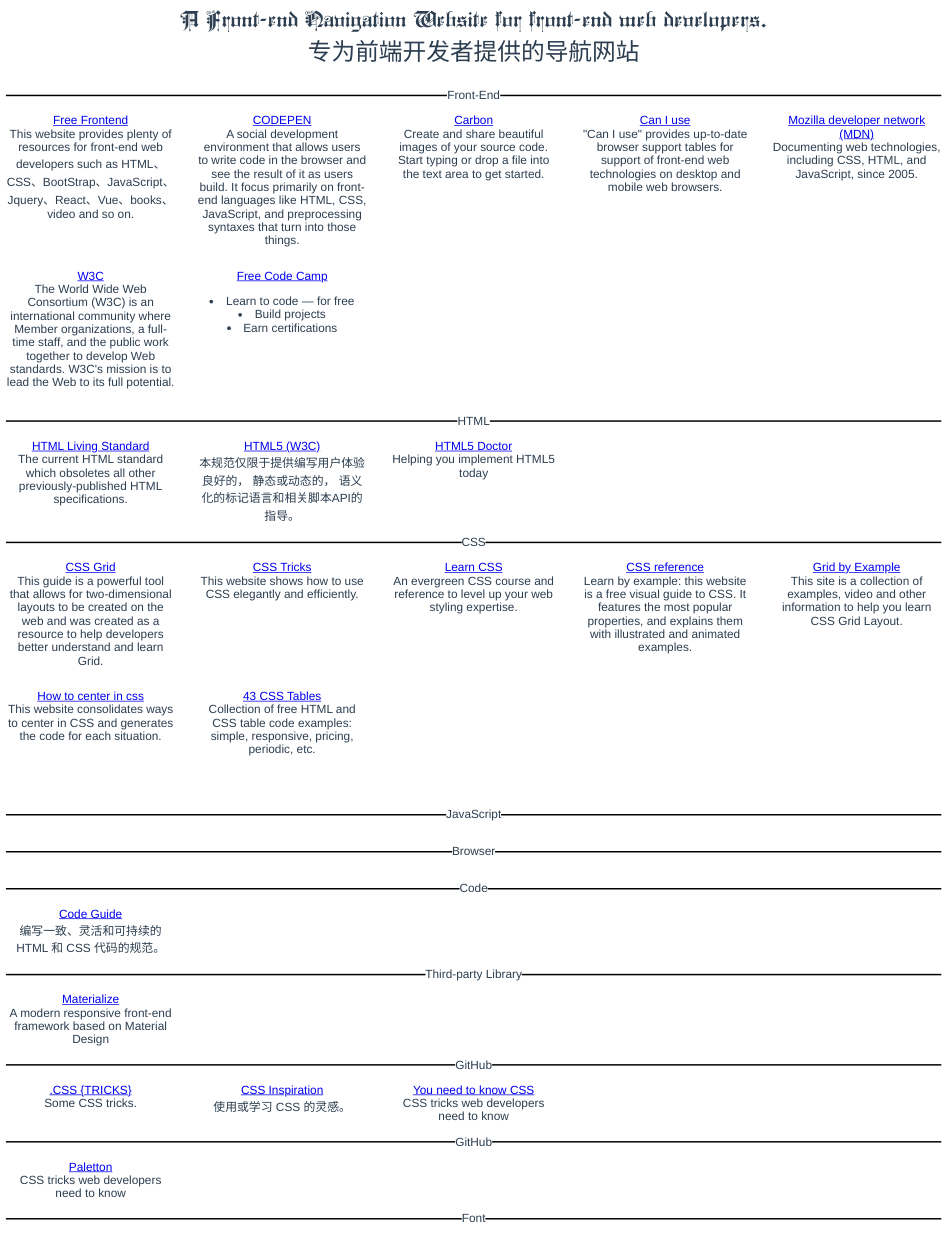
Repository: 321paranoiawhy/fenav.io
Page: /
An editor plug-in stored every save of this project. The page is shown before and after the next save, followed by the edit.
The browser window is 1280 px wide. The pictures show the whole page, at 74% of full size.
The project was rebuilt for these pictures with package versions that can differ from the ones it lists, and the page was loaded fresh each time. Also part of the build but not shown: vue.config.js.

Above is the page before, as saved 2022-04-06 01:41:21.

### src/views/HomeView.vue
<template>
    <div class="englishTitle">
        A Front-end Navigation Website for front-end web developers.
    </div>
    <div class="chineseTitle">专为前端开发者提供的导航网站</div>
    <!-- Front-End -->
    <p class="divider">Front-End</p>
    <div id="frontend" class="main">
        <div class="card">
            <a class="url" href="https://freefrontend.com/">Free Frontend</a>
            <div class="description">
                This website provides plenty of resources for front-end web
                developers such as
                HTML、CSS、BootStrap、JavaScript、Jquery、React、Vue、books、video
                and so on.
            </div>
        </div>
        <div class="card">
            <a class="url" href="https://codepen.io/trending">CODEPEN</a>
            <div class="description">
                A social development environment that allows users to write code
                in the browser and see the result of it as users build. It focus
                primarily on front-end languages like HTML, CSS, JavaScript, and
                preprocessing syntaxes that turn into those things.
            </div>
        </div>
        <div class="card">
            <a class="url" href="https://carbon.now.sh/">Carbon</a>
            <div class="description">
                Create and share beautiful images of your source code. Start
                typing or drop a file into the text area to get started.
            </div>
        </div>
        <div class="card">
            <a class="url" href="https://caniuse.com/">Can I use</a>
            <div class="description">
                "Can I use" provides up-to-date browser support tables for
                support of front-end web technologies on desktop and mobile web
                browsers.
            </div>
        </div>
        <div class="card">
            <a class="url" href="https://developer.mozilla.org/zh-CN/"
                >Mozilla developer network (MDN)</a
            >
            <div class="description">
                Documenting web technologies, including CSS, HTML, and
                JavaScript, since 2005.
            </div>
        </div>
        <div class="card">
            <a class="url" href="https://www.w3.org/">W3C</a>
            <div class="description">
                The World Wide Web Consortium (W3C) is an international
                community where Member organizations, a full-time staff, and the
                public work together to develop Web standards. W3C's mission is
                to lead the Web to its full potential.
            </div>
        </div>
        <div class="card">
            <a class="url" href="https://www.freecodecamp.org/"
                >Free Code Camp</a
            >
            <div class="description">
                <ul>
                    <li>Learn to code — for free</li>
                    <li>Build projects</li>
                    <li>Earn certifications</li>
                </ul>
            </div>
        </div>
    </div>
    <!-- HTML -->
    <p class="divider">HTML</p>
    <div id="HTML" class="main">
        <div class="card">
            <a class="url" href="https://html.spec.whatwg.org/"
                >HTML Living Standard</a
            >
            <div class="description">
                The current HTML standard which obsoletes all other
                previously-published HTML specifications.
            </div>
        </div>
        <div class="card">
            <a class="url" href="https://www.w3.org/html/ig/zh/wiki/HTML5"
                >HTML5 (W3C)</a
            >
            <div class="description">
                本规范仅限于提供编写用户体验良好的， 静态或动态的，
                语义化的标记语言和相关脚本API的指导。
            </div>
        </div>
        <div class="card">
            <a class="url" href="http://html5doctor.com/">HTML5 Doctor</a>
            <div class="description">Helping you implement HTML5 today</div>
        </div>
    </div>
    <!-- CSS -->
    <p class="divider">CSS</p>
    <div id="CSS" class="main">
        <div id="grid" class="card">
            <a class="url" href="https://learncssgrid.com/">CSS Grid</a>
            <div class="description">
                This guide is a powerful tool that allows for two-dimensional
                layouts to be created on the web and was created as a resource
                to help developers better understand and learn Grid.
            </div>
        </div>
        <div id="tricks" class="card">
            <a class="url" href="https://css-tricks.com/">CSS Tricks</a>
            <div class="description">
                This website shows how to use CSS elegantly and efficiently.
            </div>
        </div>
        <div id="learn" class="card">
            <a class="url" href="https://web.dev/learn/css/">Learn CSS</a>
            <div class="description">
                An evergreen CSS course and reference to level up your web
                styling expertise.
            </div>
        </div>
        <div id="reference" class="card">
            <a class="url" href="https://cssreference.io/">CSS reference</a>
            <div class="description">
                Learn by example: this website is a free visual guide to CSS. It
                features the most popular properties, and explains them with
                illustrated and animated examples.
            </div>
        </div>
        <div id="grid" class="card">
            <a class="url" href="https://gridbyexample.com/">Grid by Example</a>
            <div class="description">
                This site is a collection of examples, video and other
                information to help you learn CSS Grid Layout.
            </div>
        </div>
        <div id="center in css" class="card">
            <a class="url" href="http://howtocenterincss.com/"
                >How to center in css</a
            >
            <div class="description">
                This website consolidates ways to center in CSS and generates
                the code for each situation.
            </div>
        </div>
        <div id="table" class="card">
            <a
                class="url"
                href="https://freefrontend.com/css-tables/#pricing-tables"
                >43 CSS Tables</a
            >
            <div class="description">
                Collection of free HTML and CSS table code examples: simple,
                responsive, pricing, periodic, etc.
            </div>
        </div>
    </div>
    <!-- JavaScript -->
    <p class="divider">JavaScript</p>
    <div id="JavaScript" class="main"></div>
    <!-- Browser -->
    <p class="divider">Browser</p>
    <div id="Browser" class="main"></div>
    <!-- Code -->
    <p class="divider">Code</p>
    <div id="Code" class="main">
        <div class="card">
            <a class="url" href="https://codeguide.bootcss.com/">Code Guide</a>
            <div class="description">
                编写一致、灵活和可持续的 HTML 和 CSS 代码的规范。
            </div>
        </div>
    </div>
    <!-- Third-party Library -->
    <p class="divider">Third-party Library</p>
    <div id="Code" class="main">
        <div id="tricks" class="card">
            <a class="url" href="https://materializecss.com/">Materialize</a>
            <div class="description">
                A modern responsive front-end framework based on Material Design
            </div>
        </div>
    </div>
    <!-- GitHub -->
    <p class="divider">GitHub</p>
    <div id="GitHub" class="main">
        <div id="tricks" class="card">
            <a class="url" href="https://github.com/QiShaoXuan/css_tricks"
                >.CSS {TRICKS}</a
            >
            <div class="description">Some CSS tricks.</div>
        </div>
        <div id="Inspiration" class="card">
            <a class="url" href="https://github.com/chokcoco/CSS-Inspiration"
                >CSS Inspiration</a
            >
            <div class="description">使用或学习 CSS 的灵感。</div>
        </div>
        <div id="" class="card">
            <a
                class="url"
                href="https://github.com/l-hammer/You-need-to-know-css"
                >You need to know CSS</a
            >
            <div class="description">
                CSS tricks web developers need to know
            </div>
        </div>
    </div>
    <!-- Color -->
    <p class="divider">GitHub</p>
    <div id="Code" class="main">
        <div id="" class="card">
            <a
                class="url"
                href="https://paletton.com/#uid=1000u0kllllaFw0g0qFqFg0w0aF"
                >Paletton</a
            >
            <div class="description">
                CSS tricks web developers need to know
            </div>
        </div>
    </div>
    <!-- Font -->
    <p class="divider">Font</p>
</template>

<script>
// @ is an alias to /src
export default {
    name: "Home",
    components: {},
};
</script>

<style scoped lang="scss">
@font-face {
    font-family: KingsCross;
    src: url(/public/fonts/KingsCross.ttf);
}
@font-face {
    font-family: NotoSansSC-Regular;
    src: url(/public/fonts/NotoSansSC-Regular.otf);
}
.englishTitle {
    font-family: KingsCross;
    font-size: 32px;
}
.chineseTitle {
    font-family: NotoSanSC-Regular;
    font-size: 32px;
    margin-bottom: 30px;
}
.main {
    display: grid;
    grid-template-columns: repeat(5, 1fr);
    grid-auto-rows: 1fr;
    grid-gap: 30px;
}
// 水平分割线 中间带文字
p {
    display: flex;
}
p:before,
p:after {
    content: "";
    flex: 1 1 0;
    border-bottom: 2px solid #000;
    margin: auto;
}
// ul
ul {
    padding: 0;
}
ul li {
    list-style-position: inside;
    text-align: center;
}
</style>

Loaded but not shown: public/index.html (common file); src/main.js (common file); src/App.vue (common file); src/router/index.js (common file); src/store/index.js (common file)

After the next save:
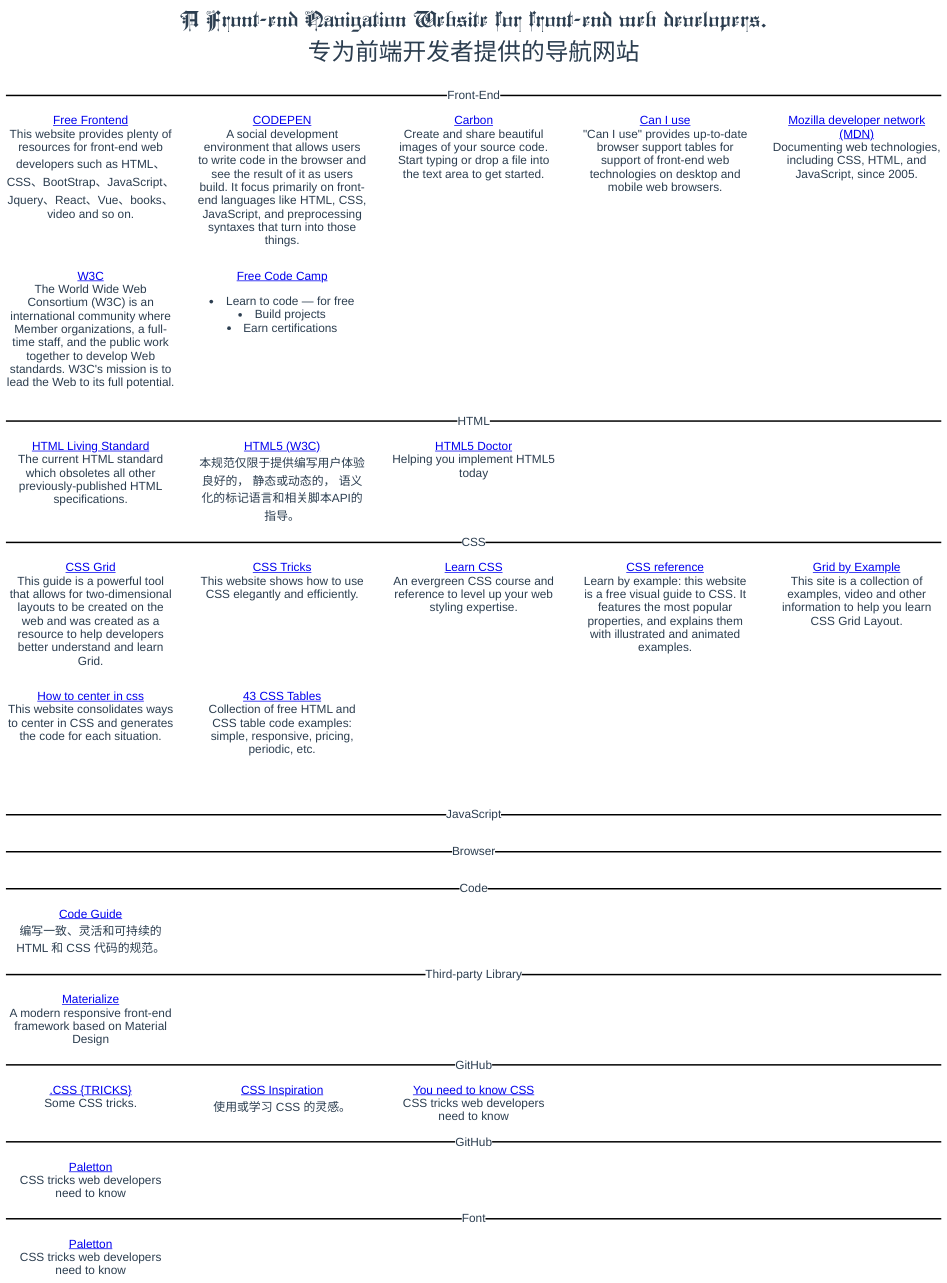
Saved 7 s later.
--- a/src/views/HomeView.vue
+++ b/src/views/HomeView.vue
@@ -224,6 +224,18 @@
     </div>
     <!-- Font -->
     <p class="divider">Font</p>
+    <div id="Code" class="main">
+        <div id="" class="card">
+            <a
+                class="url"
+                href="https://paletton.com/#uid=1000u0kllllaFw0g0qFqFg0w0aF"
+                >Paletton</a
+            >
+            <div class="description">
+                CSS tricks web developers need to know
+            </div>
+        </div>
+    </div>
 </template>
 
 <script>
